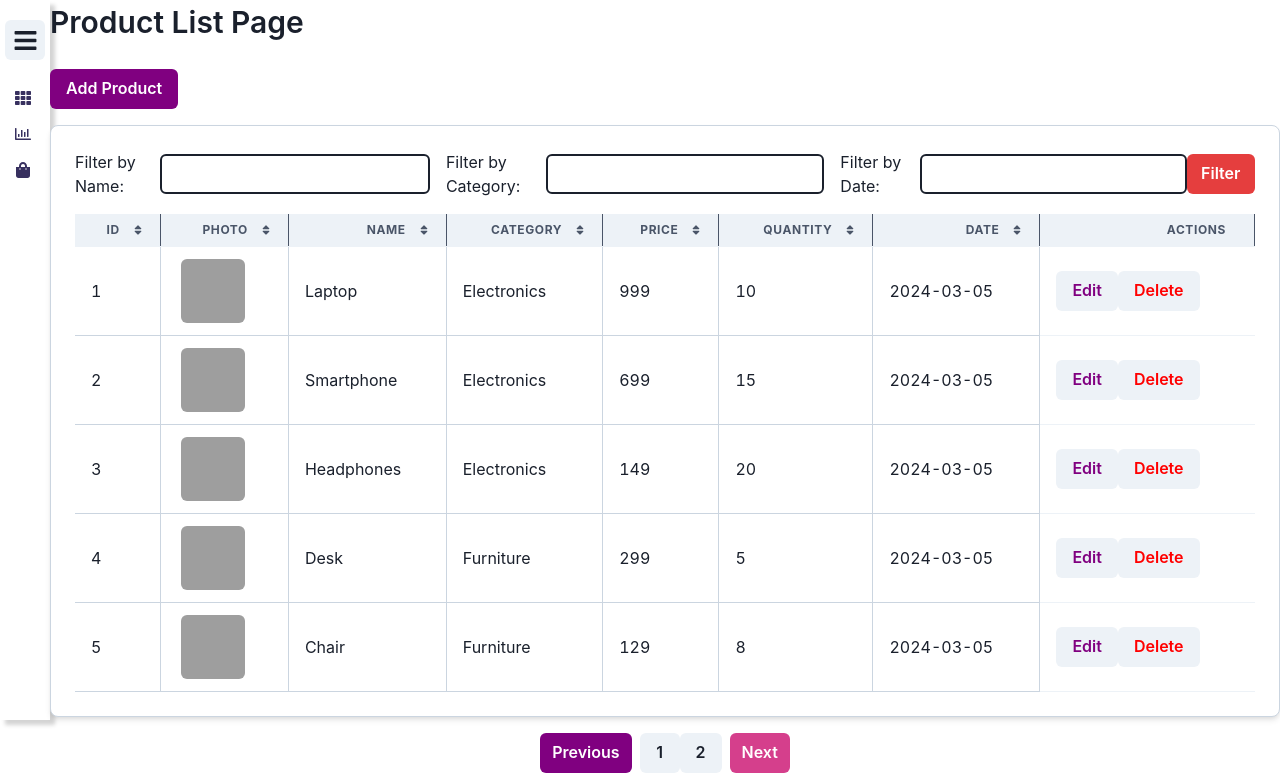
Repository: Andarg01/chakra-dashboard
Page: /product
The author's editor kept a copy of each file at every save. The page is drawn from the files as they stood at one save, then again after the next save.
The browser window is 1280 px wide. The pictures show the whole page.
Pictures or frames that could not be fetched are drawn as grey boxes. The project was rebuilt for these pictures with package versions that can differ from the ones it lists, and the page was loaded fresh each time. Also part of the build but not shown: src/components/ProductModal.tsx, src/components/Statics.tsx, src/components/Dashboard.tsx, src/components/AnalyticalCard.tsx, src/pages/Analytics.tsx.

Above is the page before, as saved 2024-03-13 01:47:09.

After the next save:
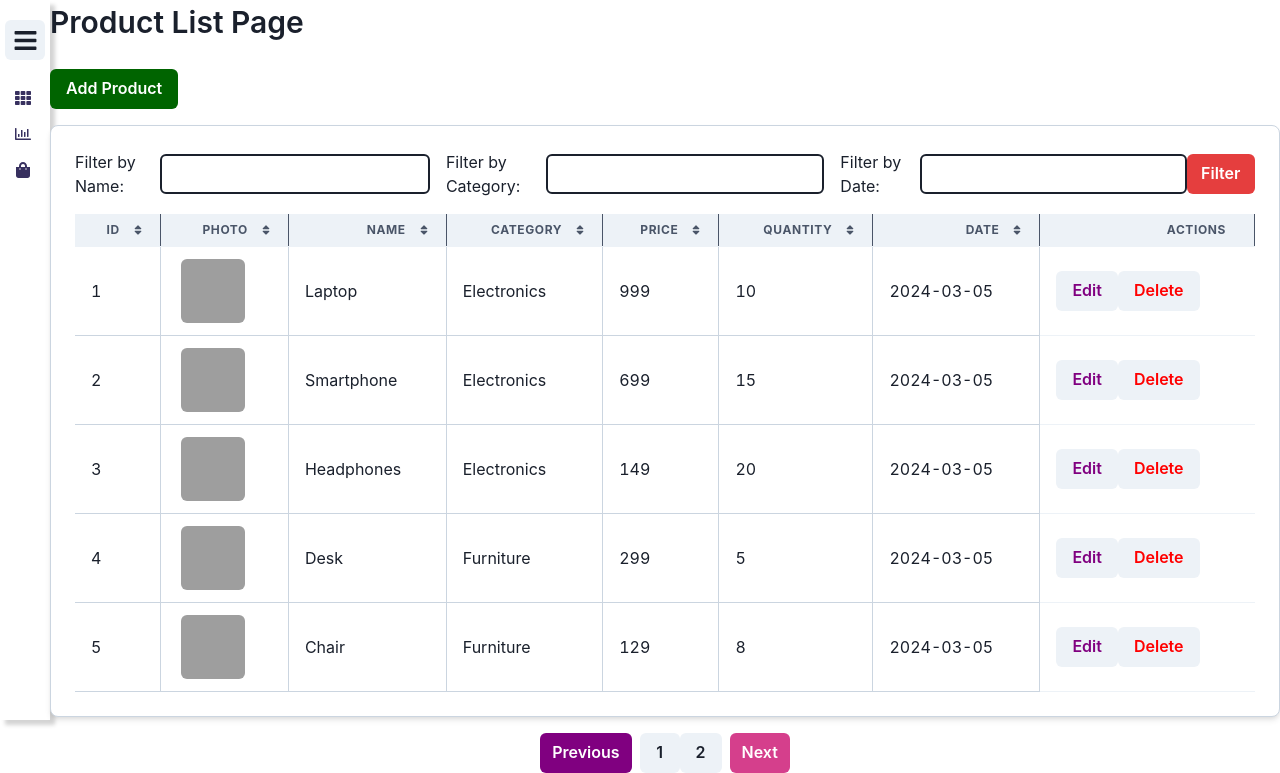
Saved 2 min 28 s later.
--- a/src/pages/ProductList.tsx
+++ b/src/pages/ProductList.tsx
@@ -225,7 +225,7 @@ const ProductList: React.FC = () => {
           });
           setModalOpen(true);
         }}
-        bgColor="purple"
+        bgColor="darkgreen"
         color="white"
         rounded="md"
         px="4"
